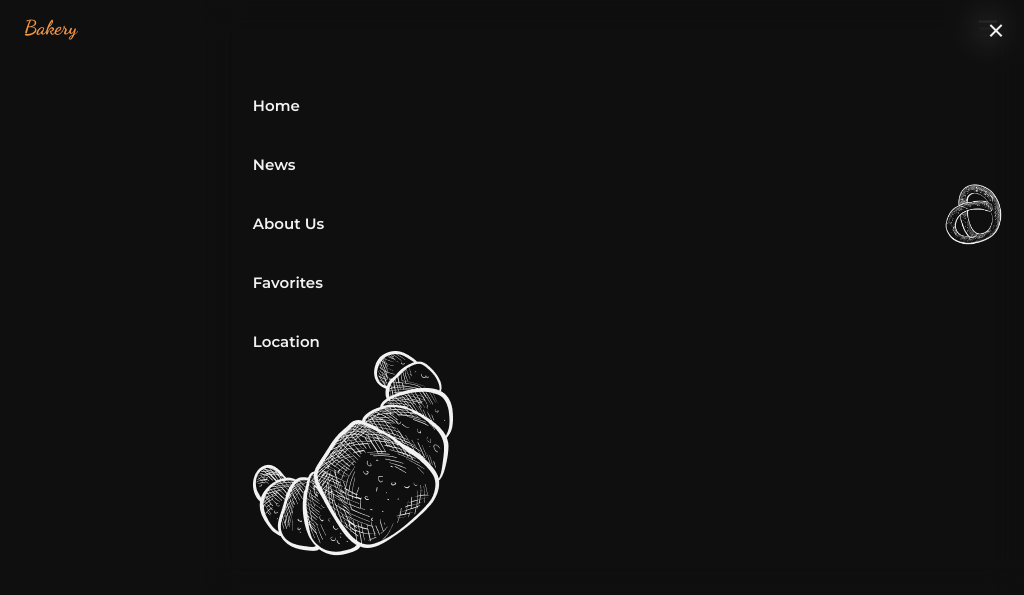
Repository: dinhhaidh/Bakery-web
Page: index.html
An editor plug-in stored every save of this project. The page is shown before and after the next save, followed by the edit.
The browser window is 1024 px wide. The pictures show the whole page.
Some web libraries are served in a nearby version.

Above is the page before, as saved 2024-01-15 20:08:07.

### index.html
<!DOCTYPE html>
<html lang="en">
  <head>
    <meta charset="UTF-8" />
    <meta name="viewport" content="width=device-width, initial-scale=1.0" />

    <!--=============== FAVICON ===============-->
    <link rel="shortcut icon" href="assets/img/favicon.png" type="image/x-icon"/>
    <!--=============== REMIXICONS ===============-->
    <link rel="stylesheet"  href="https://cdnjs.cloudflare.com/ajax/libs/remixicon/3.7.0/remixicon.css"/>
    <!--=============== CSS ===============-->
    <link rel="stylesheet" href="./css/style.css"/>

    <title>Responsive bakery website - Bedimcode</title>
  </head>
  <body>
    <!--==================== HEADER ====================-->
    <header class="header" id="header">
        <nav class="nav container">
            <a href="#" class="nav__logo">Bakery</a>
            <div class="nav__menu" id="nav-menu">
                <ul class="nav__list">
                    <li class="nav__item">
                        <a href="#home" class="nav__link">Home</a>
                    </li>
                    <li class="nav__item">
                        <a href="#new" class="nav__link">News</a>
                    </li>
                    <li class="nav__item">
                        <a href="#about" class="nav__link">About Us</a>
                    </li>
                    <li class="nav__item">
                        <a href="#favorite" class="nav__link">Favorites</a>
                    </li>
                    <li class="nav__item">
                        <a href="#visit" class="nav__link">Location</a>
                    </li>
                </ul>
                <div class="nav__close" id="nav__close">
                    <i class="ri-close-line"></i>
                </div>

                <img src="./img/bread-4.png" alt="image" class="nav__img-1">
                <img src="./img/bread-1.png" alt="image" class="nav__img-2">
            </div>

            <!-- toggle button -->
            <div class="nav__toggle" id="nav-toggle">
                <i class="ri-menu-line"></i>
            </div>
        </nav>
    </header>

    <!--==================== MAIN ====================-->
    <main class="main">
      <!--==================== HOME ====================-->
      <section class="home section" id="home"></section>

      <!--==================== NEWS ====================-->
      <section class="new section" id="new"></section>

      <!--==================== ABOUT ====================-->
      <section class="about section" id="about"></section>

      <!--==================== FAVORITES ====================-->
      <section class="favorite section" id="favorite"></section>

      <!--==================== VISIT ====================-->
      <section class="visit section" id="visit"></section>
    </main>

    <!--==================== FOOTER ====================-->
    <footer class="footer"></footer>

    <!--========== SCROLL UP ==========-->

    <!--=============== SCROLLREVEAL ===============-->
    <script src="./js/scrollreveal.min.js"></script>

    <!--=============== MAIN JS ===============-->
    <script src="./js/main.js"></script>
  </body>
</html>

### css/style.css
/*=============== GOOGLE FONTS ===============*/
@import url("https://fonts.googleapis.com/css2?family=Dancing+Script:wght@700&family=Montserrat:wght@400;600;700&display=swap");

/*=============== VARIABLES CSS ===============*/
:root {
    --header-height: 3.5rem;

    /*========== Colors ==========*/
    /*Color mode HSL(hue, saturation, lightness)*/
    --first-color: hsl(28, 88%, 62%);
    --first-color-alt: hsl(28, 84%, 58%);
    --title-color: hsl(0, 0%, 95%);
    --text-color: hsl(0, 0%, 75%);
    --text-color-light: hsl(0, 0%, 65%);
    --black-color: hsl(0, 0%, 6%);
    --body-color: hsl(0, 0%, 6%);
    --container-color: hsl(0, 0%, 10%);

    /*========== Font and typography ==========*/
    /*.5rem = 8px | 1rem = 16px ...*/
    --body-font: "Montserrat", sans-serif;
    --second-font: "Dancing Script", cursive;
    --biggest-font-size: 3rem;
    --bigger-font-size: 2rem;
    --h1-font-size: 1.5rem;
    --h2-font-size: 1.25rem;
    --h3-font-size: 1rem;
    --normal-font-size: .938rem;
    --small-font-size: .813rem;

    /*========== Font weight ==========*/
    --font-regular: 400;
    --font-semi-bold: 600;
    --font-bold: 700;

    /*========== z index ==========*/
    --z-tooltip: 10;
    --z-fixed: 100;
}

/*========== Responsive typography ==========*/
@media screen and (min-width: 1150px) {
    :root {
        --biggest-font-size: 5rem;
        --bigger-font-size: 3rem;
        --h1-font-size: 2.25rem;
        --h2-font-size: 1.5rem;
        --h3-font-size: 1.25rem;
        --normal-font-size: 1rem;
        --small-font-size: .875rem;
    }
}

/*=============== BASE ===============*/
* {
    box-sizing: border-box;
    padding: 0;
    margin: 0;
}

html {
    scroll-behavior: smooth;
}

body,
button {
    font-family: var(--body-font);
    font-size: var(--normal-font-size);
}

body {
    background-color: var(--body-color);
    color: var(--text-color);
}

button {
    border: none;
    outline: none;
}

h1,
h2,
h3,
h4 {
    color: var(--title-color);
    font-weight: var(--font-bold);
}

ul {
    list-style: none;
}

a {
    text-decoration: none;
}

img {
    display: block;
    max-width: 100%;
    height: auto;
}

/*=============== REUSABLE CSS CLASSES ===============*/
.container {
    max-width: 1120px;
    margin-inline: 1.5rem;
}

.grid {
    display: grid;
    gap: 1.5rem;
}

.section {
    padding-block: 5rem 1rem;
}

.section__title {
    font-size: var(--bigger-font-size);
    font-family: var(--second-font);
    margin-bottom: 1.5rem;
    text-align: center;
}

.main {
    overflow: hidden;
    /* For animation ScrollReveal */
}

/*=============== HEADER & NAV ===============*/
.header{
    position: fixed;
    width: 100%;
    top: 0;
    left: 0;
    background-color: transparent;
    z-index: var(--z-fixed);
}
.nav{
    position: relative;
    height: var(--header-height);
    display: flex;
    justify-content: space-between;
    align-items: center;
}
.nav__logo{
    color: var(--first-color);
    font-size: var(--h2-font-size);
    font-family: var(--second-font);
    transition: color .4s;
}
.nav__logo:hover{
    color: var(--first-color-alt);
}
.nav__close,
.nav__toggle{
    font-size: 1.5rem;
    color: var(--title-color);
    cursor: pointer;
}

/* Navigation for mobile devices */
@media screen and (max-width: 1150px) {
    .nav__menu{
        position: fixed;
        top: 0;
        right: 0;
        background-color: hsla(0,0%,6%, .2);
        backdrop-filter: blur(16px);
        -webkit-backdrop-filter: blur(16px);
        width: 80%;
        height: 100%;
        padding: 6rem 3rem 0;
        transition: right .4s;
    }
    .nav__list{
        display: flex;
        flex-direction: column;
        row-gap: 2.5rem;
    }
    .nav__link{
        color: var(--title-color);
        font-weight: var(--font-semi-bold);
        transition: color .4s;
    }
    .nav__link:hover{
        color: var(--first-color);
    }
    .nav__close,
    .nav__img-1,
    .nav__img-2{
        position: absolute;
    }
    .nav__close{
        top: 1rem;
        right: 1rem;
    }
    .nav__img-1{
        width: 80px;
        top: 11rem;
        right: 0.75rem;
    }
    .nav__img-2{
        w60px
    }
}


/* Show menu */


/* Add blur header */


/* Active link */


/*=============== HOME ===============*/


/*=============== BUTTON ===============*/


/*=============== NEW ===============*/


/*=============== ABOUT ===============*/


/*=============== FAVORITES ===============*/


/*=============== VISIT ===============*/


/*=============== FOOTER ===============*/


/*=============== SCROLL BAR ===============*/


/*=============== SCROLL UP ===============*/


/* Show Scroll Up */


/*=============== BREAKPOINTS ===============*/
/* For small devices */


/* For medium devices */


/* For large devices */

Loaded but not shown: js/scrollreveal.min.js (library); js/main.js (no copy from this time; the picture is the same without it)

After the next save:
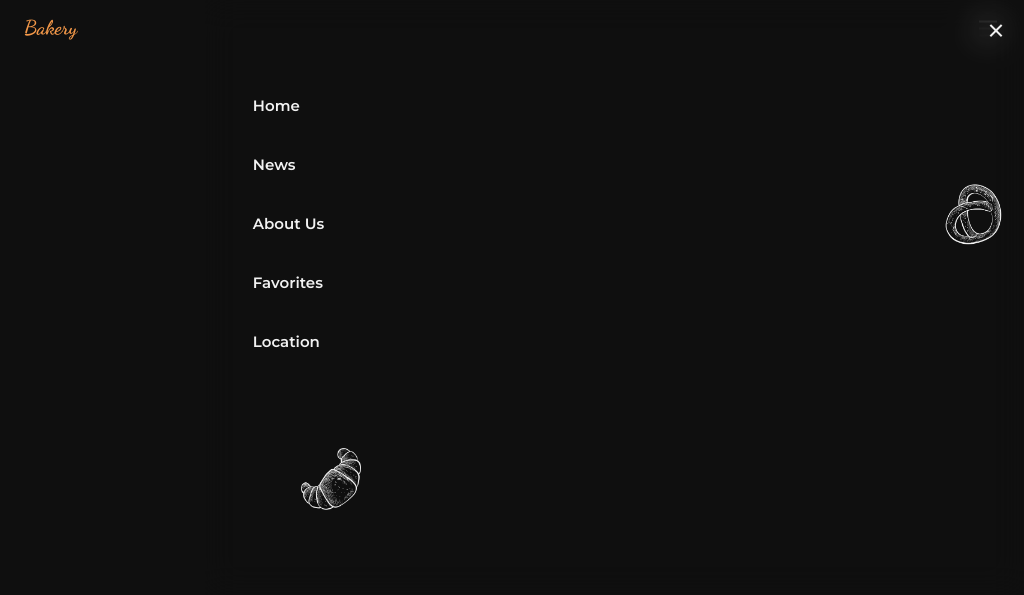
Saved 8 s later.
--- a/css/style.css
+++ b/css/style.css
@@ -201,7 +201,9 @@ img {
         right: 0.75rem;
     }
     .nav__img-2{
-        w60px
+        width: 60px;
+        top: 28rem;
+        left: 6rem;
     }
 }
 
